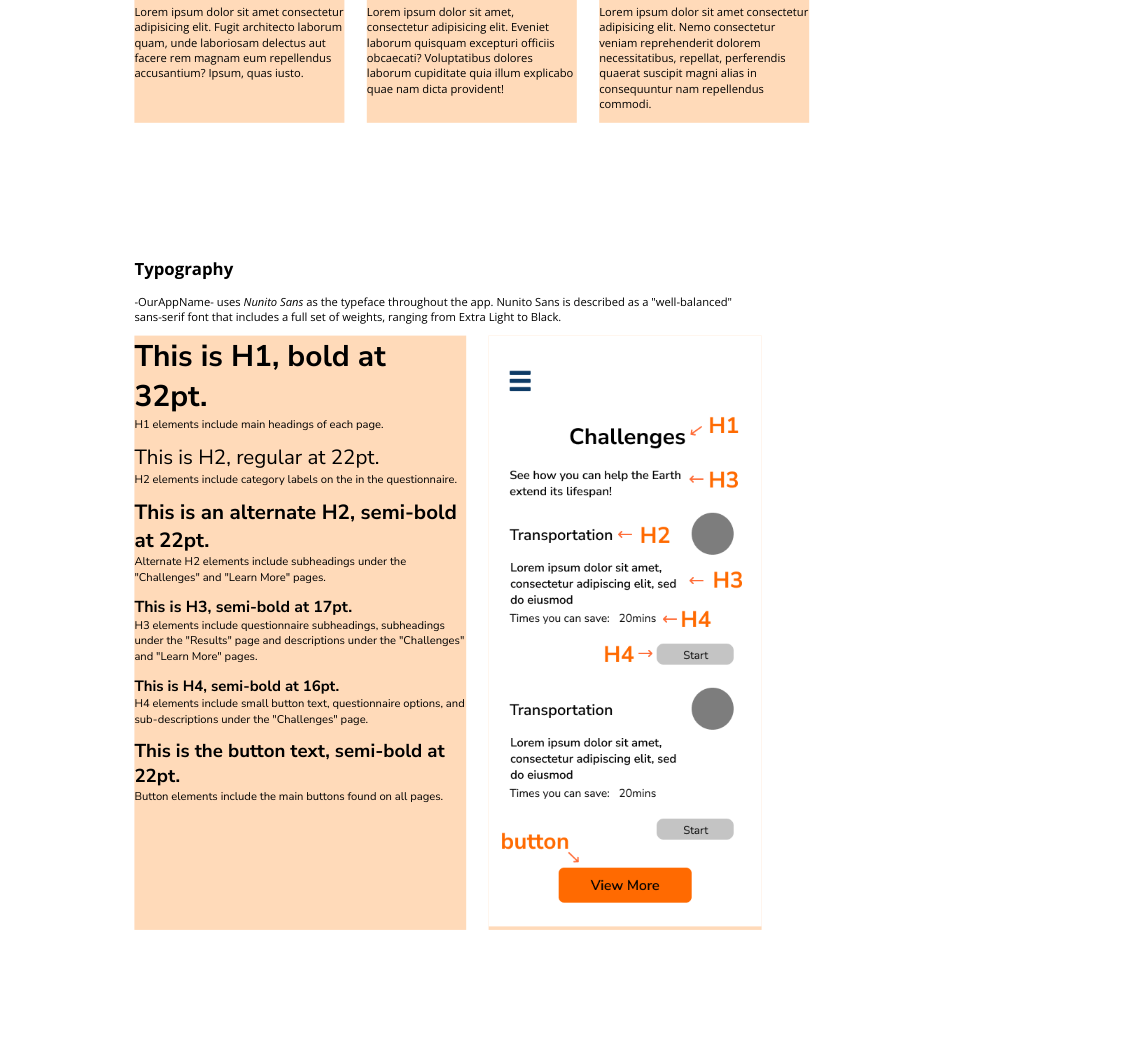
Repository: seohyun9672/Timearth-A6Styleguide
Page: page2.html
These files come from the project's save history. The page is drawn as it stood at one moment and after the next save; the edit follows.
The browser window is 1280 px wide. The page is 1632 px wide, so the pictures cover 1632 px, including what lies to the right of the window. The pictures show the part of the page from y = 1449 to 2969 px (the page is 2969 px tall before and 2749 px after), at 70% of full size.

Above is the page before, as saved 2022-03-20 20:30:10.

After the next save:
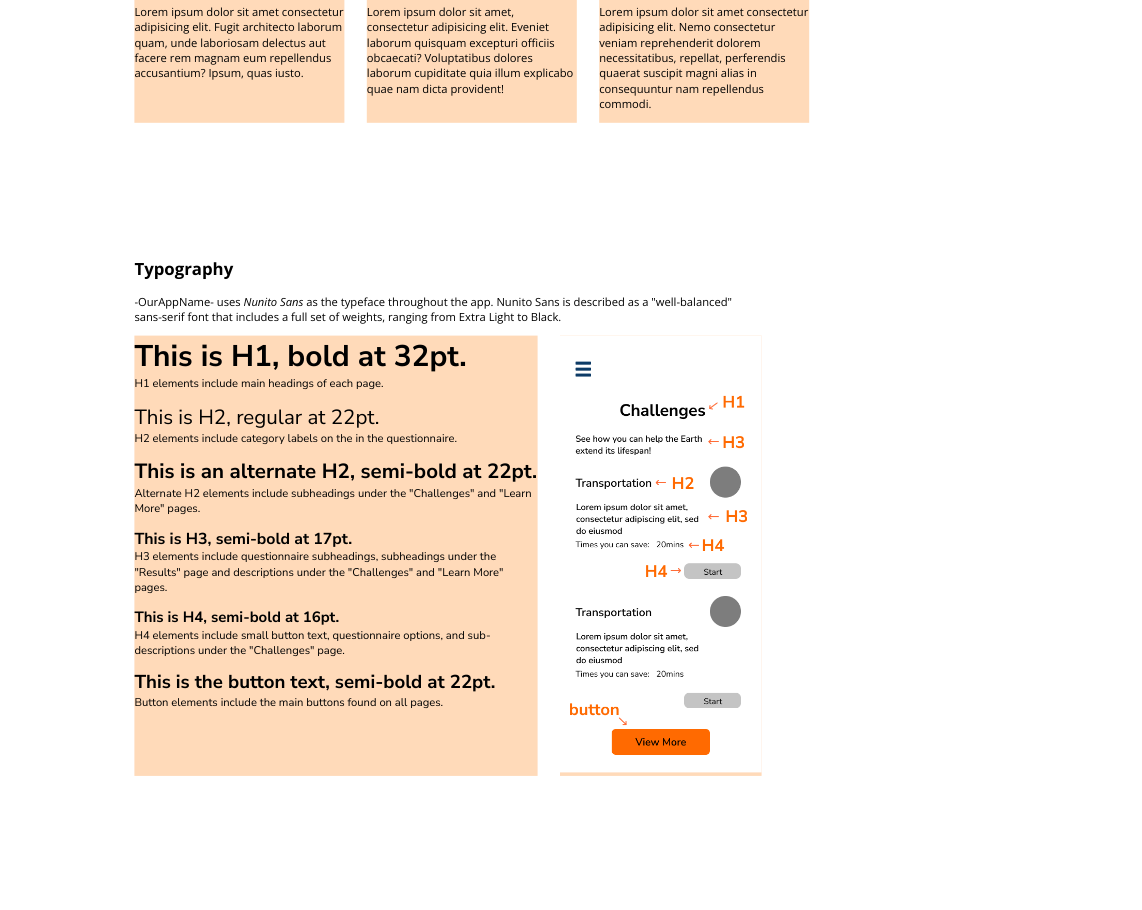
Saved 11 s later.
--- a/stylesheet.css
+++ b/stylesheet.css
@@ -139,3 +139,6 @@ li a:hover {
 .desc {
     margin-top:0;
 }
+.challenges {
+    width:100%;
+}
